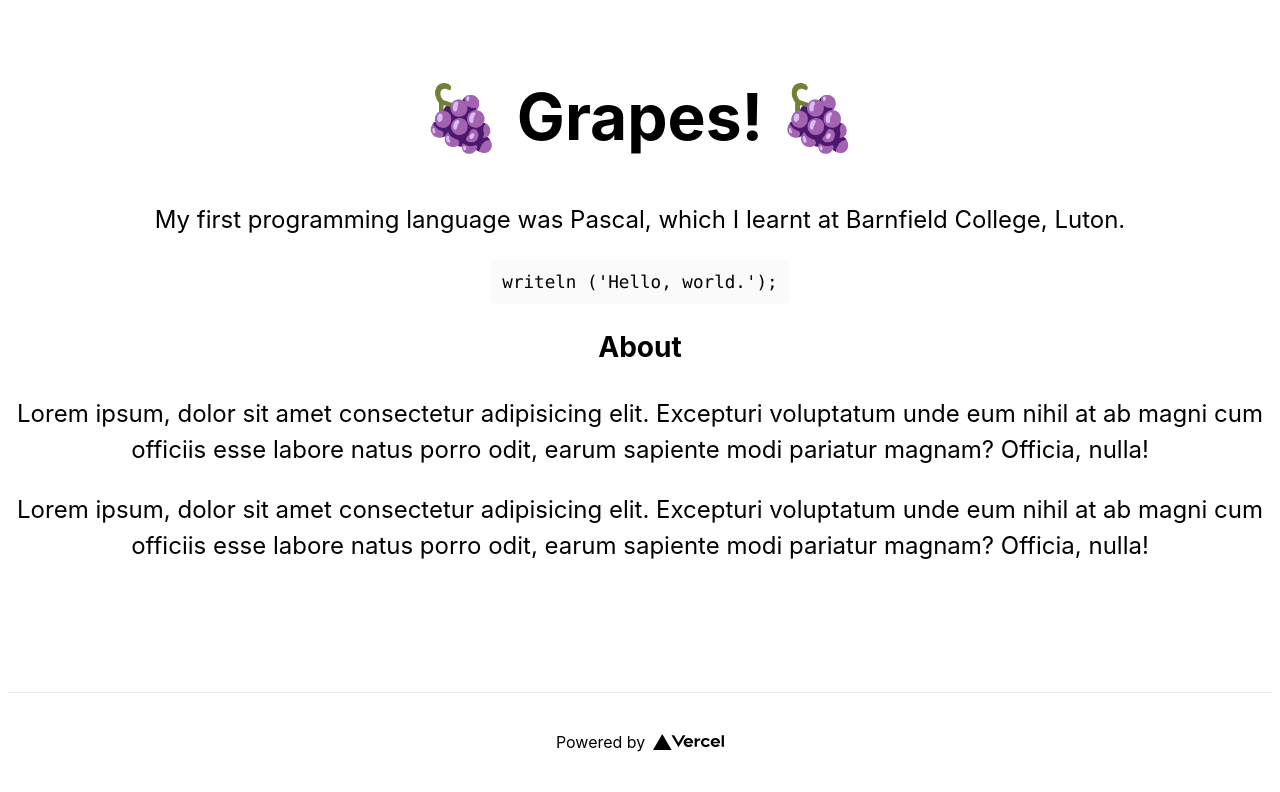
Repository: technogize/next-test-site
Page: /
An editor plug-in stored every save of this project. The page is shown before and after the next save, followed by the edit.
The browser window is 1280 px wide. The pictures show the whole page.
The project was rebuilt for these pictures with package versions that can differ from the ones it lists, and the page was loaded fresh each time. The framework's server and built-in components were replaced by stand-ins that run in the browser.

Above is the page before, as saved 2021-10-02 08:56:21.

### pages/index.js
import Head from 'next/head'
import styles from '../styles/Home.module.css'

export default function Home() {
  return (
    <div className={styles.container}>
      <Head>
        <title>Home 🍇 Mo's Next Site</title>
        <link rel="icon" href="/favicon.ico" />
      </Head>

      <main className={styles.main}>
        <h1 className={styles.title}>
          🍇 Grapes! 🍇
        </h1>

        <p className={styles.description}>
          <p>My first programming language was Pascal, which I learnt at Barnfield College, Luton.</p>
          <code className={styles.code}>
            writeln ('Hello, world.');
          </code>
          <h3><a href='/about'>About</a></h3>
          <p>Lorem ipsum, dolor sit amet consectetur adipisicing elit. Excepturi voluptatum unde eum nihil at ab magni cum officiis esse labore natus porro odit, earum sapiente modi pariatur magnam? Officia, nulla!</p>
          <p>Lorem ipsum, dolor sit amet consectetur adipisicing elit. Excepturi voluptatum unde eum nihil at ab magni cum officiis esse labore natus porro odit, earum sapiente modi pariatur magnam? Officia, nulla!</p>

        </p>

      </main>

      <footer className={styles.footer}>
        <a
          href="https://vercel.com?utm_source=create-next-app&utm_medium=default-template&utm_campaign=create-next-app"
          target="_blank"
          rel="noopener noreferrer"
        >
          Powered by{' '}
          <img src="/vercel.svg" alt="Vercel Logo" className={styles.logo} />
        </a>
      </footer>
    </div>
  )
}

### components/Navbar.js
import React from 'react'

const Navbar = () => {
    return (
        <nav>
            <div className='logo'>
                <h1>LOGO</h1>
            </div>
            <a href="/">Home</a>
            <a href="/animals">Animals</a>
            <a href="/about">About</a>
        </nav>
    )
}

export default Navbar

Loaded but not shown: pages/_app.js (common file); styles/globals.css (common file); styles/Home.module.css (common file)

After the next save:
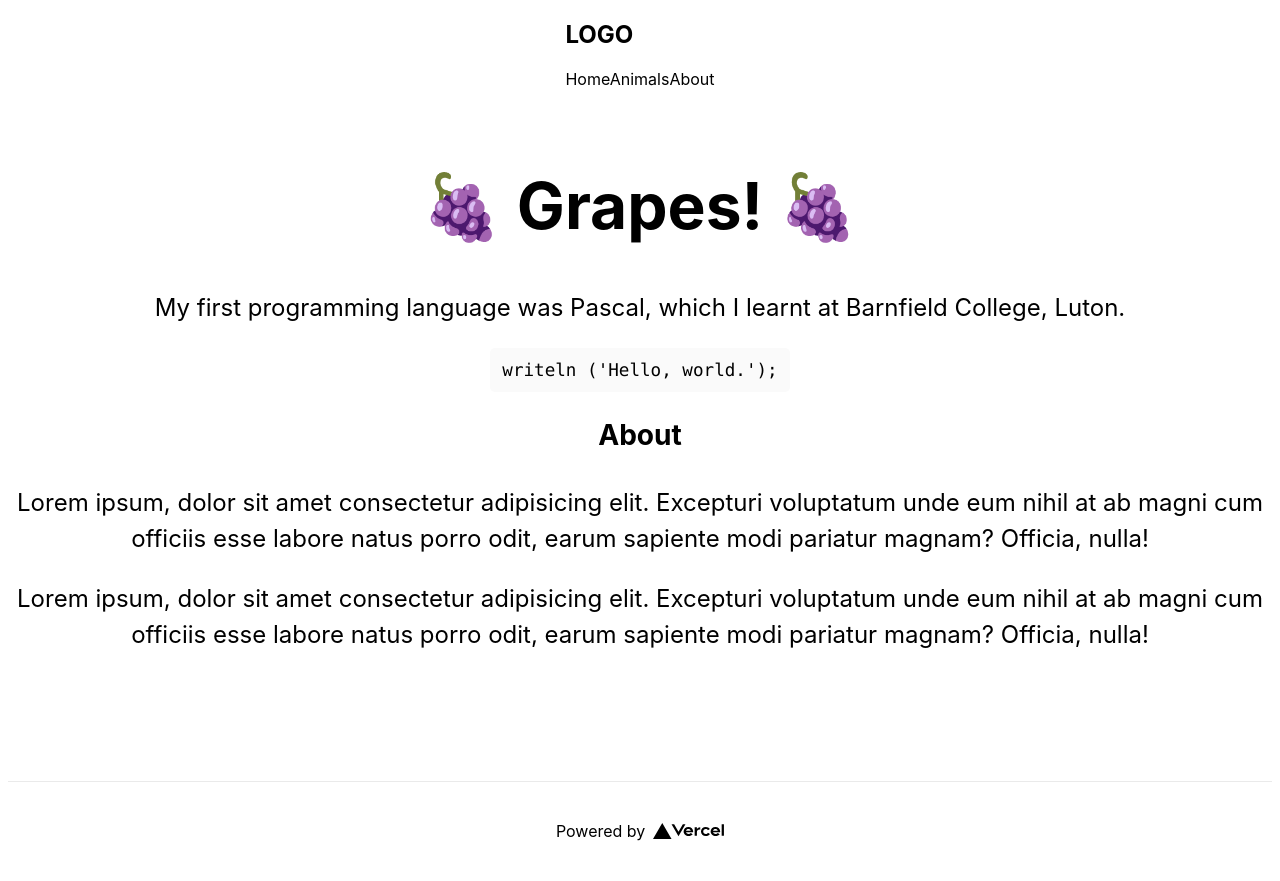
Saved 66 s later.
--- a/pages/index.js
+++ b/pages/index.js
@@ -1,4 +1,5 @@
 import Head from 'next/head'
+import Navbar from '../components/Navbar'
 import styles from '../styles/Home.module.css'
 
 export default function Home() {
@@ -8,7 +9,7 @@ export default function Home() {
         <title>Home 🍇 Mo's Next Site</title>
         <link rel="icon" href="/favicon.ico" />
       </Head>
-
+      <Navbar />
       <main className={styles.main}>
         <h1 className={styles.title}>
           🍇 Grapes! 🍇
